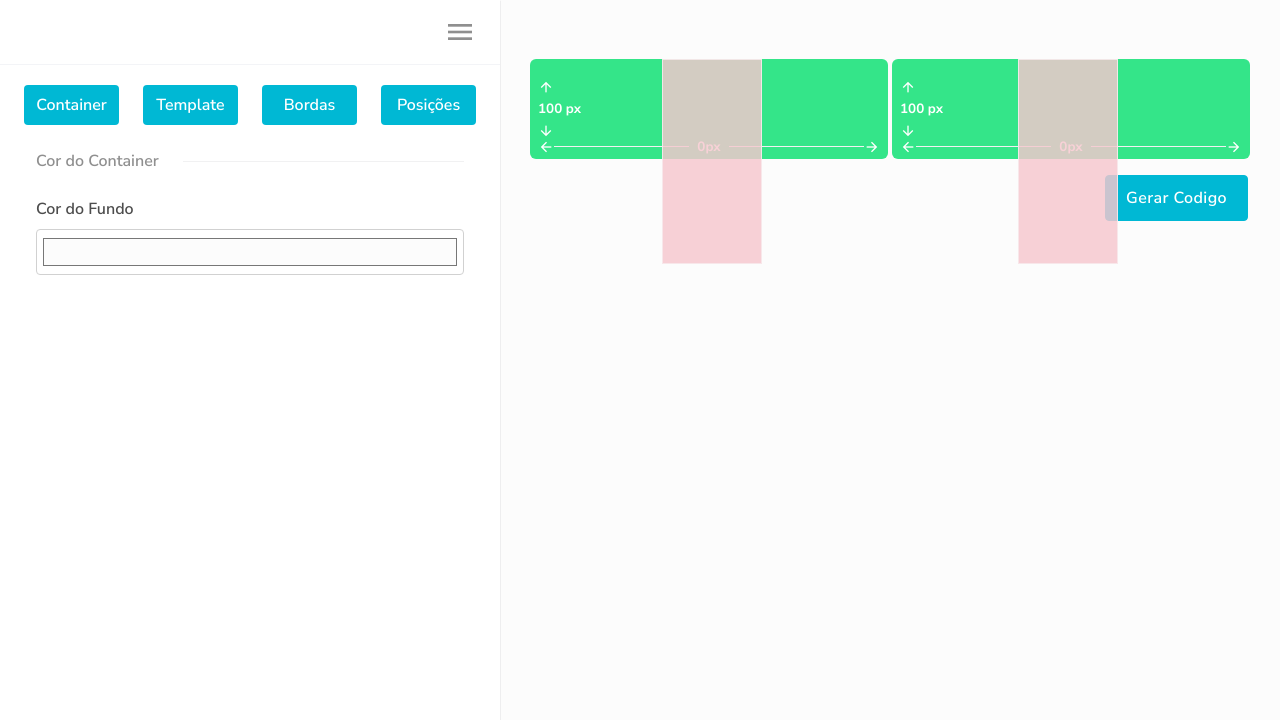
Repository: Flintdl/lowcode-elements
Page: /
An editor plug-in stored every save of this project. The page is shown before and after the next save, followed by the edit.
The browser window is 1280 px wide. The pictures show the whole page.
The project was rebuilt for these pictures with package versions that can differ from the ones it lists, and the page was loaded fresh each time. Also part of the build but not shown: vue.config.js.

Above is the page before, as saved 2022-04-06 17:32:28.

### src/assets/scss/_variables.scss
// Primarys Colors
$standardTextColor: #4d4d4d;

$primaryColor: #8e6dff;
$secondaryColor: #009997;
$buttonDisableColor: #9c9c9c;
$buttonDisableBgColor: #7676764d;

// Menu Colors

$bgMenuColor: #1d1d1d;
$linkMenuColor: #7b8089;
$iconMenuColor: #2a2a2a;
$borderMenuColor: #323232;

// Botão Colors

$btnPrimary: #00b8d4;
$btnPrimaryHover: #0085b0;

// Generics Colors

$whiteColor: #ffffff;
$mutedColor: #8f8f8f;
$cardColor: #f3f4f7;
$cardColorLight: #f9fafc;
$cardColorLightTwo: #f1f5fc;
$greyLight: #d1d1d1;

// Dropdown Colors

$dropdownHeaderColor: #5f5f5f;
$dropdownColor: #ebffff;

// State Colors

$successColor: #3dc661;
$dangerColor: #e7515a;
$warningColor: #e2a03f;
$infoColor: #2196f3;
$defaultColor: #172b4d;
$lightColor: #e0e0e0;

### src/views/HomeView.vue
<template>
  <div>
    <div class="sf-row">
      <div
        id="sf-preview-code-content"
        class="sf-col-12 sf-mx-auto sf-position-relative"
      >
        <div id="sf-preview-code" ref="previewGrid">
          <div class="sf-row">
            <div
              :class="[
                'sf-col-12 sf-text-center sf-display-flex sf-flex-wrap',
                'sf-justify-content-' + checkValue,
              ]"
            >
              <span
                v-bind:key="linha"
                :style="widthProps1"
                class="sf-display-block sf-position-relative"
                v-for="linha of Number(quantidadeLinha)"
              >
                <div :style="widthProps" class="sf-position-absolute"></div>
              </span>
            </div>
          </div>
          <div
            :style="gapProps"
            :class="[
              'sf-display-grid sf-flex-wrap sf-width-100',
              'sf-justify-content-' + checkValue,
            ]"
          >
            <DivGrid
              v-bind:key="n"
              v-for="n of quantidade"
              :tamanho="String(valor)"
              :altura="String(valorHeight)"
              :cssDefinido="cssProps"
              class="sf-position-relative"
            />
          </div>
        </div>
      </div>
      <div class="sf-col-12 sf-mt-3 sf-display-flex sf-justify-content-end">
        <button class="sf-btn sf-btn-primary" @click="gerarCodigo">
          Gerar Codigo
        </button>
      </div>
    </div>
    <div class="sf-row" v-if="htmlPreviewCode">
      <div class="sf-col-12 sf-mx-auto sf-mt-5 sf-code-content">
        <div class="sf-bg-code sf-p-4 sf-border-radius">
          <code>
            <span class="sf-text-info">Código do Preview</span> <br />
            {{ htmlPreviewCode }}
          </code>
        </div>
      </div>
    </div>
  </div>
</template>

<script>
// @ is an alias to /src

import DivGrid from "@/components/templates/DivGrid.vue";

export default {
  name: "HomeView",
  data: function () {
    return {
      htmlPreviewCode: null,
      gridLinhas: null,
      valorRecalculado: null,
      arroz: null,
    };
  },
  components: {
    DivGrid,
  },
  props: {
    valor: String,
    inputGap: String,
    quantidade: Number,
    valorHeight: String,
    quantidadeLinha: Number,
    inputBorderRadius: String,
    checkValue: String,
    inputColor: String,
    inputBorder: String,
    inputBorderColor: String,
    inputBorderTipo: String,
  },
  computed: {
    cssProps() {
      return {
        // width: `calc((${this.valor}% - ${this.inputGap}px * ${
        //   this.quantidadeLinha - "1"
        // }) / ${this.quantidadeLinha})`,
        height: this.valorHeight + "px",
        "border-radius": this.inputBorderRadius + "px",
        "background-color": this.inputColor,
        border:
          this.inputBorder +
          "px" +
          " " +
          this.inputBorderTipo +
          " " +
          this.inputBorderColor,
      };
    },
    gapProps() {
      return {
        "grid-template-columns": `repeat(${this.quantidadeLinha}, ${this.valorRecalculado}%)`,
        gap: this.inputGap + "px",
      };
    },
    widthProps1() {
      return {
        width: `calc((${this.valor}% - ${this.inputGap}px * ${
          this.quantidadeLinha - "1"
        }) / ${this.quantidadeLinha})`,
      };
    },
    widthProps() {
      return {
        height: this.arroz + "px",
        width: "clamp(50px, 50%, 100px)",
        "background-color": "#f7c7cfd1",
        border: "1px solid #f9edefd1",
        transform: "translateX(-50%)",
        "z-index": "500",
        left: "50%",
        top: "1px",
      };
    },
  },
  mounted() {
    this.arroz = this.$refs.previewGrid?.offsetHeight;
    this.valorRecalculado = this.valor / this.quantidadeLinha;
  },
  created() {
    this.$watch("quantidade", () => {
      this.arroz = this.$refs.previewGrid?.offsetHeight;
      this.valorRecalculado = this.valor / this.quantidadeLinha;
    });
    this.$watch("quantidadeLinha", () => {
      this.arroz = this.$refs.previewGrid?.offsetHeight;
      this.valorRecalculado = this.valor / this.quantidadeLinha;
    });
    this.$watch("valor", () => {
      this.arroz = this.$refs.previewGrid?.offsetHeight;
      this.valorRecalculado = this.valor / this.quantidadeLinha;
    });
  },
  methods: {
    gerarCodigo() {
      this.htmlPreviewCode =
        document.getElementById("sf-preview-code").innerHTML;
    },
  },
};
</script>

<style>
#sf-grid-template:after {
  content: "";
  width: 100%;
  height: 150%;
  top: -25%;
  background-color: #ff008c0a;
  border: 1px solid rgba(255, 0, 140, 0.103);
  border-left: 2px solid #ff008c38;
  border-right: 2px solid #ff008c38;
  position: absolute;
}
</style>

### src/components/templates/InputGapTemplate.vue
<template>
  <div class="sf-col-3 sf-form-group">
    <label class="sf-label">Espaçamento</label>
    <input
      type="number"
      min="1"
      max="12"
      value="2"
      id="inputGap"
      v-model="valor"
      class="filter-states sf-text-capitalize"
      placeholder="Quantidade de Blocos"
    />
  </div>
</template>

<script>
export default {
  props: {
    valorInput: String,
  },
  computed: {
    valor: {
      get() {
        var inp = this.valorInput;
        return inp;
      },
      set(valorInput) {
        this.$emit("callback", valorInput);
      },
    },
  },
};
</script>

<style></style>

### src/components/templates/InputQuantidadeTemplate.vue
<template>
  <div class="sf-col-4 sf-form-group">
    <label class="sf-label">Quantidade</label>
    <input
      type="number"
      value="1"
      id="inputQuantidade"
      v-model="valor"
      class="filter-states sf-text-capitalize"
      placeholder="Quantidade de Blocos"
    />
  </div>
</template>

<script>
export default {
  props: {
    valorInput: String,
  },
  computed: {
    valor: {
      get() {
        var inp = this.valorInput;
        return inp;
      },
      set(valorInput) {
        this.$emit("callback", valorInput);
      },
    },
  },
};
</script>

<style></style>

### src/components/templates/InputQuantLinhasTemplate.vue
<template>
  <div class="sf-col-5 sf-form-group">
    <label class="sf-label">Quantidade por Linhas</label>
    <input
      type="number"
      min="1"
      max="12"
      value="1"
      id="inputQuantidadeLinha"
      v-model="valor"
      class="filter-states sf-text-capitalize"
      placeholder="Quantidade Linha"
    />
  </div>
</template>

<script>
export default {
  props: {
    valorInput: String,
  },
  computed: {
    valor: {
      get() {
        var inp = this.valorInput;
        return inp;
      },
      set(valorInput) {
        this.$emit("callback", valorInput);
      },
    },
  },
};
</script>

<style></style>

### src/components/templates/InputLarguraBloco.vue
<template>
  <div class="sf-col-6 sf-form-group">
    <label class="sf-label">Largura do Bloco</label>
    <div class="sf-input-group">
      <div
        class="sf-input-group-append sf-display-flex sf-justify-content-center"
      >
        <div
          class="sf-display-flex sf-align-items-center sf-justify-content-center sf-border-left-0 sf-border-radius sf-border-radius-left-0 sf-pr-2 sf-text-info sf-font-weight-bold sf-min-80-px"
        >
          <div class="sf-input-group">
            <input
              type="number"
              value="1"
              min="1"
              max="100"
              v-model="valor"
              class="sf-text-md sf-height-fit-content sf-pr-0 sf-pl-1 sf-border-right-0 sf-border-radius-right-0 sf-text-capitalize"
              placeholder="Curva da Borda"
            />
            <div
              class="sf-input-group-append sf-display-flex sf-justify-content-center"
            >
              <div
                class="sf-display-flex sf-align-items-center sf-border sf-justify-content-center sf-border-left-0 sf-border-radius sf-border-radius-left-0 sf-pr-1 sf-text-info sf-font-weight-bold sf-text-sm"
              >
                %
              </div>
            </div>
          </div>
        </div>
      </div>
      <input
        type="range"
        min="10"
        max="100"
        value="10"
        id="inputRange"
        v-model="valor"
        class="sf-px-0 sf-border-right-0 sf-border-radius-right-0 sf-text-capitalize"
      />
    </div>
  </div>
</template>

<script>
export default {
  props: {
    valorInput: String,
  },
  computed: {
    valor: {
      get() {
        var inp = this.valorInput;
        return inp;
      },
      set(valorInput) {
        this.$emit("callback", valorInput);
      },
    },
  },
};
</script>

<style></style>

### src/components/templates/InputAlturaBloco.vue
<template>
  <div class="sf-col-6 sf-form-group">
    <label class="sf-label">Altura Bloco</label>
    <div class="sf-input-group">
      <div
        class="sf-input-group-append sf-display-flex sf-justify-content-center"
      >
        <div
          class="sf-display-flex sf-align-items-center sf-justify-content-center sf-border-left-0 sf-border-radius sf-border-radius-left-0 sf-pr-2 sf-text-info sf-font-weight-bold sf-min-80-px"
        >
          <div class="sf-input-group">
            <input
              type="number"
              value="1"
              min="1"
              max="500"
              v-model="valor"
              class="sf-text-md sf-height-fit-content sf-pr-0 sf-pl-1 sf-border-right-0 sf-border-radius-right-0 sf-text-capitalize"
              placeholder="Curva da Borda"
            />
            <div
              class="sf-input-group-append sf-display-flex sf-justify-content-center"
            >
              <div
                class="sf-display-flex sf-align-items-center sf-border sf-justify-content-center sf-border-left-0 sf-border-radius sf-border-radius-left-0 sf-pr-1 sf-text-info sf-font-weight-bold sf-text-sm"
              >
                PX
              </div>
            </div>
          </div>
        </div>
      </div>
      <input
        type="range"
        min="10"
        max="500"
        id="valorHeight"
        v-model="valor"
        class="sf-px-0 sf-border-right-0 sf-border-radius-right-0 sf-text-capitalize"
      />
    </div>
  </div>
</template>

<script>
export default {
  props: {
    valorInput: String,
  },
  computed: {
    valor: {
      get() {
        var inp = this.valorInput;
        return inp;
      },
      set(valorInput) {
        this.$emit("callback", valorInput);
      },
    },
  },
};
</script>

<style></style>

### src/components/templates/InputBorderRadiusBloco.vue
<template>
  <div class="sf-col-6 sf-form-group">
    <label class="sf-label">Curva da Borda</label>
    <div class="sf-input-group">
      <div
        class="sf-input-group-append sf-display-flex sf-justify-content-center"
      >
        <div
          class="sf-display-flex sf-align-items-center sf-justify-content-center sf-border-left-0 sf-border-radius sf-border-radius-left-0 sf-pr-2 sf-text-info sf-font-weight-bold sf-min-80-px"
        >
          <div class="sf-input-group">
            <input
              type="number"
              value="1"
              min="1"
              max="50"
              v-model="valor"
              class="sf-text-md sf-height-fit-content sf-pr-0 sf-pl-1 sf-border-right-0 sf-border-radius-right-0 sf-text-capitalize"
              placeholder="Curva da Borda"
            />
            <div
              class="sf-input-group-append sf-display-flex sf-justify-content-center"
            >
              <div
                class="sf-display-flex sf-align-items-center sf-border sf-justify-content-center sf-border-left-0 sf-border-radius sf-border-radius-left-0 sf-pr-1 sf-text-info sf-font-weight-bold sf-text-sm"
              >
                PX
              </div>
            </div>
          </div>
        </div>
      </div>
      <input
        type="range"
        value="1"
        min="1"
        max="50"
        id="inputBorderRadius"
        v-model="valor"
        class="sf-px-0 sf-border-right-0 sf-border-radius-right-0 sf-text-capitalize"
        placeholder="Curva da Borda"
      />
    </div>
  </div>
</template>

<script>
export default {
  props: {
    valorInput: String,
  },
  computed: {
    valor: {
      get() {
        var inp = this.valorInput;
        return inp;
      },
      set(valorInput) {
        this.$emit("callback", valorInput);
      },
    },
  },
};
</script>

<style></style>

### src/components/templates/InputBorderBloco.vue
<template>
  <div class="sf-col-6 sf-form-group">
    <label class="sf-label">Tamanho da Borda</label>
    <div class="sf-input-group">
      <div
        class="sf-input-group-append sf-display-flex sf-justify-content-center"
      >
        <div
          class="sf-display-flex sf-align-items-center sf-justify-content-center sf-border-left-0 sf-border-radius sf-border-radius-left-0 sf-pr-2 sf-text-info sf-font-weight-bold sf-min-80-px"
        >
          <div class="sf-input-group">
            <input
              type="number"
              value="1"
              min="1"
              max="50"
              v-model="valor"
              class="sf-text-md sf-height-fit-content sf-pr-0 sf-pl-1 sf-border-right-0 sf-border-radius-right-0 sf-text-capitalize"
              placeholder="Curva da Borda"
            />
            <div
              class="sf-input-group-append sf-display-flex sf-justify-content-center"
            >
              <div
                class="sf-display-flex sf-align-items-center sf-border sf-justify-content-center sf-border-left-0 sf-border-radius sf-border-radius-left-0 sf-pr-1 sf-text-info sf-font-weight-bold sf-text-sm"
              >
                PX
              </div>
            </div>
          </div>
        </div>
      </div>
      <input
        type="range"
        value="1"
        min="0"
        max="24"
        id="inputBorder"
        v-model="valor"
        class="sf-px-0 sf-border-right-0 sf-border-radius-right-0 sf-text-capitalize"
        placeholder="Curva da Borda"
      />
    </div>
  </div>
</template>

<script>
export default {
  props: {
    valorInput: String,
  },
  computed: {
    valor: {
      get() {
        var inp = this.valorInput;
        return inp;
      },
      set(valorInput) {
        this.$emit("callback", valorInput);
      },
    },
  },
};
</script>

<style></style>

### src/components/templates/InputPosicaoBloco.vue
<template>
  <div class="sf-row">
    <div class="sf-col-12 sf-form-group">
      <span
        class="sf-text-md sf-font-weight-bold sf-text-muted sf-display-flex sf-align-items-center"
      >
        Posições
        <hr class="sf-width-100 sf-ml-4" />
      </span>
    </div>
    <div class="sf-col-auto sf-form-group">
      <input
        id="start"
        type="radio"
        name="positionDivs"
        v-model="valor"
        value="start"
        checked
      />
      <label for="start"> Esquerda</label>
    </div>

    <div class="sf-col-auto sf-form-group">
      <input
        type="radio"
        id="center"
        name="positionDivs"
        v-model="valor"
        value="center"
      />
      <label for="center"> Centro</label>
    </div>

    <div class="sf-col-auto sf-form-group">
      <input
        type="radio"
        id="end"
        name="positionDivs"
        v-model="valor"
        value="end"
      />
      <label for="end"> Final</label>
    </div>
    <div class="sf-col-auto sf-form-group">
      <input
        type="radio"
        id="between"
        name="positionDivs"
        v-model="valor"
        value="between"
      />
      <label for="between"> Laterais</label>
    </div>
    <div class="sf-col-auto sf-form-group">
      <input
        type="radio"
        id="around"
        name="positionDivs"
        v-model="valor"
        value="around"
      />
      <label for="around"> Meio</label>
    </div>
  </div>
</template>

<script>
export default {
  props: {
    valorInput: String,
  },
  computed: {
    valor: {
      get() {
        var inp = this.valorInput;
        return inp;
      },
      set(valorInput) {
        this.$emit("callback", valorInput);
      },
    },
  },
};
</script>

<style></style>

### src/components/templates/InputBorderCorBloco.vue
<template>
  <div class="sf-col sf-form-group">
    <label class="sf-label">Cor</label>
    <input
      type="color"
      id="inputBorderColor"
      v-model="valor"
      class="sf-p-1 sf-text-capitalize"
      placeholder="Quantidade de Blocos"
    />
  </div>
</template>

<script>
export default {
  props: {
    valorInput: String,
  },
  computed: {
    valor: {
      get() {
        var inp = this.valorInput;
        return inp;
      },
      set(valorInput) {
        this.$emit("callback", valorInput);
      },
    },
  },
};
</script>

<style></style>

### src/components/templates/InputBorderTipoBloco.vue
<template>
  <div class="sf-col-10 sf-form-group">
    <label class="sf-label">Tipo de Borda</label>
    <select
      id="inputBorderTipo"
      v-model="control"
      :items="items"
      @change="onSelectType"
      class="sf-text-capitalize"
    >
      <option
        v-bind:key="item.value"
        :value="item.value"
        :disabled="!item.value"
        v-for="item of items"
      >
        {{ item.label }}
      </option>
    </select>
  </div>
</template>

<script>
export default {
  props: {
    valorInput: String,
  },
  data: () => {
    return {
      items: [
        { label: "Solid", value: "solid" },
        { label: "Dashed", value: "dashed" },
      ],
    };
  },
  computed: {
    control: {
      get() {
        return this.valorInput;
      },
      set(valorInput) {
        this.$emit("callback", valorInput);
      },
    },
  },
  methods: {
    onSelectType(event) {
      this.$emit("change", event);
    },
  },
};
</script>

<style></style>

### src/components/templates/InputContainerColor.vue
<template>
  <div class="sf-col sf-form-group">
    <label class="sf-label">Cor do Fundo</label>
    <input
      type="color"
      id="inputContainerColor"
      v-model="valor"
      class="sf-p-1 sf-text-capitalize"
      placeholder="Quantidade de Blocos"
    />
  </div>
</template>

<script>
export default {
  props: {
    valorInput: String,
  },
  computed: {
    valor: {
      get() {
        var inp = this.valorInput;
        return inp;
      },
      set(valorInput) {
        this.$emit("callback", valorInput);
      },
    },
  },
};
</script>

<style></style>

### src/components/templates/DivGrid.vue
<template>
  <div
    class="sf-position-relative sf-overflow-hidden"
    :style="cssDefinido"
    ref="container"
  >
    <div
      class="sf-height-position sf-position-absolute sf-display-flex sf-flex-column sf-px-2"
    >
      <i
        class="mdi mdi-arrow-up sf-text-md sf-text-white sf-dropdown-action"
      ></i>
      <span class="sf-text-white sf-font-weight-extra-bold sf-text-center">
        {{ altura }}
        px
      </span>
      <i
        class="mdi mdi-arrow-down sf-text-md sf-text-white sf-dropdown-action"
      ></i>
    </div>
    <div
      class="sf-width-position sf-width-100 sf-position-absolute sf-display-flex sf-align-items-center sf-px-2"
    >
      <i
        class="mdi mdi-arrow-left sf-text-md sf-text-white sf-dropdown-action"
      ></i>
      <hr class="sf-width-100 sf-mr-2" />
      <span class="sf-text-white sf-font-weight-extra-bold sf-text-center">
        {{ larguraPixel }}px
      </span>
      <hr class="sf-width-100 sf-ml-2" />
      <i
        class="mdi mdi-arrow-right sf-text-md sf-text-white sf-dropdown-action"
      ></i>
    </div>
  </div>
</template>

<script>
export default {
  data() {
    return {
      larguraPixel: null,
    };
  },
  mounted() {
    this.larguraPixel = this.$refs.container?.offsetWidth;
  },

  props: {
    cssDefinido: Object,
    tamanho: String,
    altura: String,
  },
  created() {
    this.$watch("tamanho", () => {
      this.larguraPixel = this.$refs.container?.offsetWidth;
    });
  },
};
</script>

<style lang="scss" scoped>
.sf-height-position,
.sf-width-position {
  font-size: 1.4ch;
}
.sf-height-position {
  transform: translateY(-50%);
  left: 0;
  top: 50%;
}
.sf-width-position {
  transform: translateX(-50%);
  bottom: 0;
  left: 50%;
}
</style>

Loaded but not shown: public/index.html (common file); src/main.js (common file); src/App.vue (common file); src/registerServiceWorker.js (common file); src/router/index.js (common file); src/assets/scss/materialdesignicons.scss (9 lines, source omitted); src/assets/scss/style.scss (4106 lines, source omitted); src/components/Menu/MenuTemplate.vue (328 lines, source omitted); src/assets/scss/menu.scss (402 lines, source omitted); src/assets/scss/standard.scss (381 lines, source omitted)

After the next save:
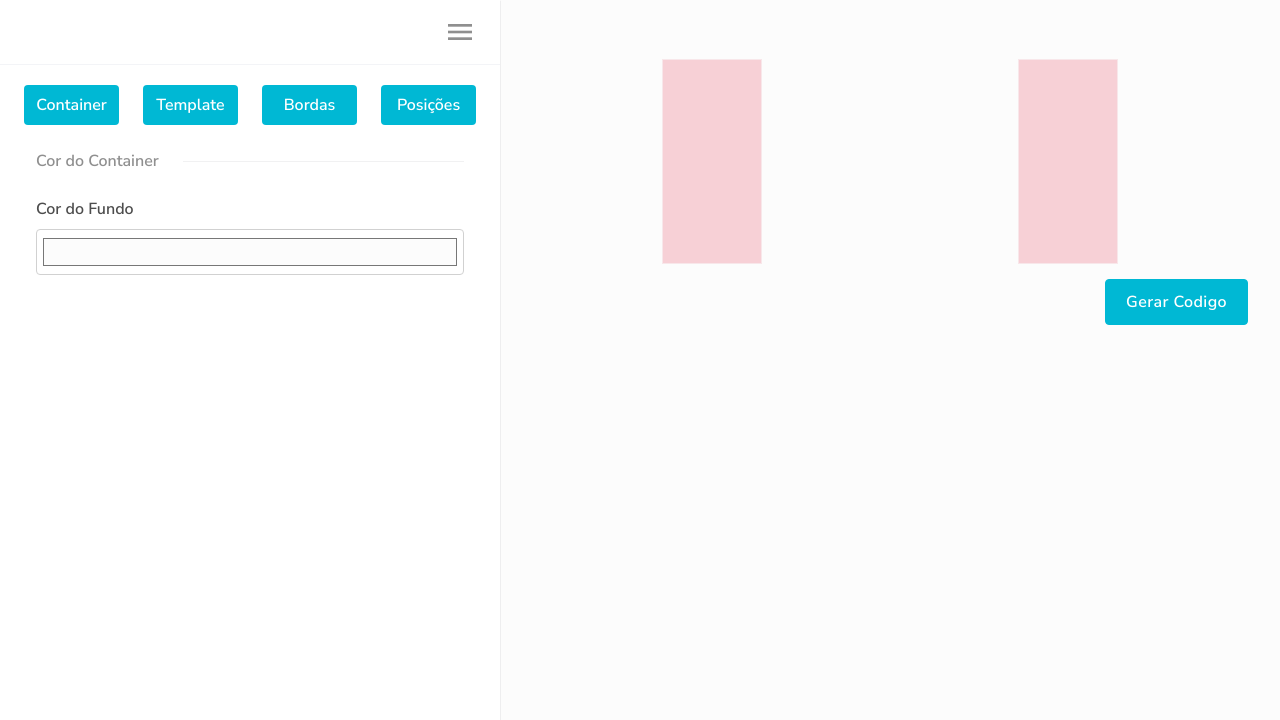
Saved 3 min 34 s later.
--- a/src/views/HomeView.vue
+++ b/src/views/HomeView.vue
@@ -111,7 +111,7 @@ export default {
     },
     gapProps() {
       return {
-        "grid-template-columns": `repeat(${this.quantidadeLinha}, ${this.valorRecalculado}%)`,
+        "grid-template-columns": `repeat(${this.quantidadeLinha}, (calc(${this.valorRecalculado} - ${this.inputGap}px)%)`,
         gap: this.inputGap + "px",
       };
     },
